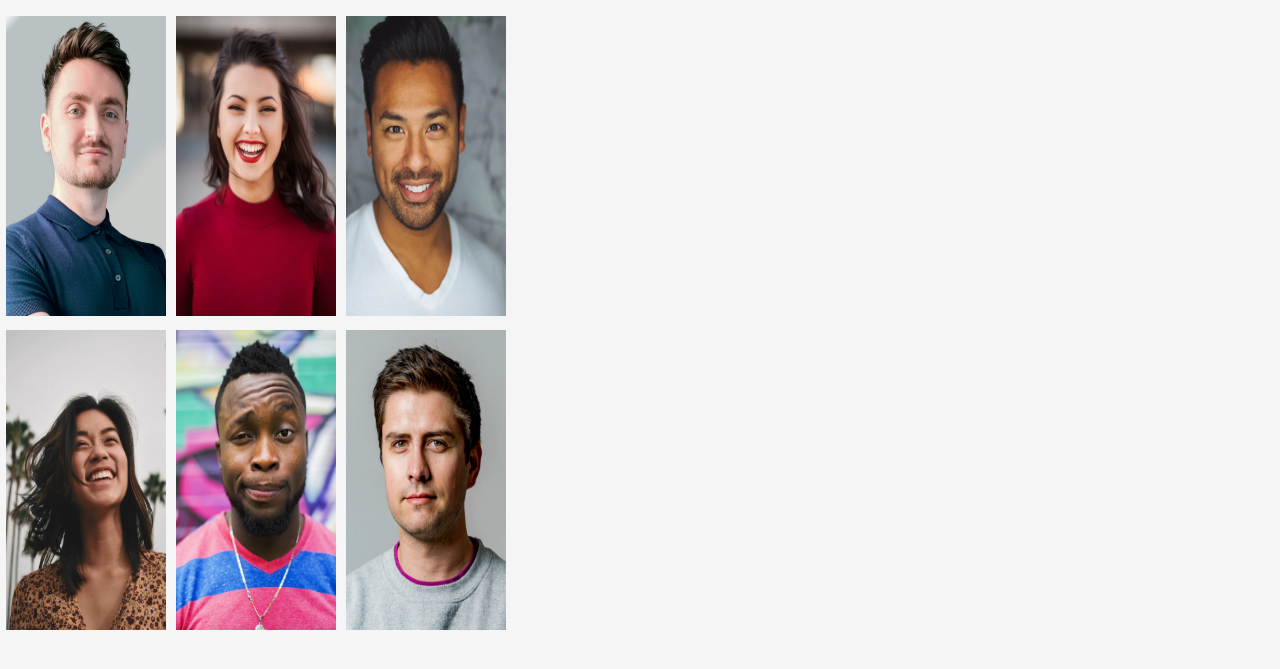
Repository: georgisenze/my-team-page-challeng
Page: index.html
The author's editor kept a copy of each file at every save. The page is drawn from the files as they stood at one save, then again after the next save.
The browser window is 1280 px wide. The pictures show the whole page.

Above is the page before, as saved 2023-02-22 21:59:07.

After the next save:
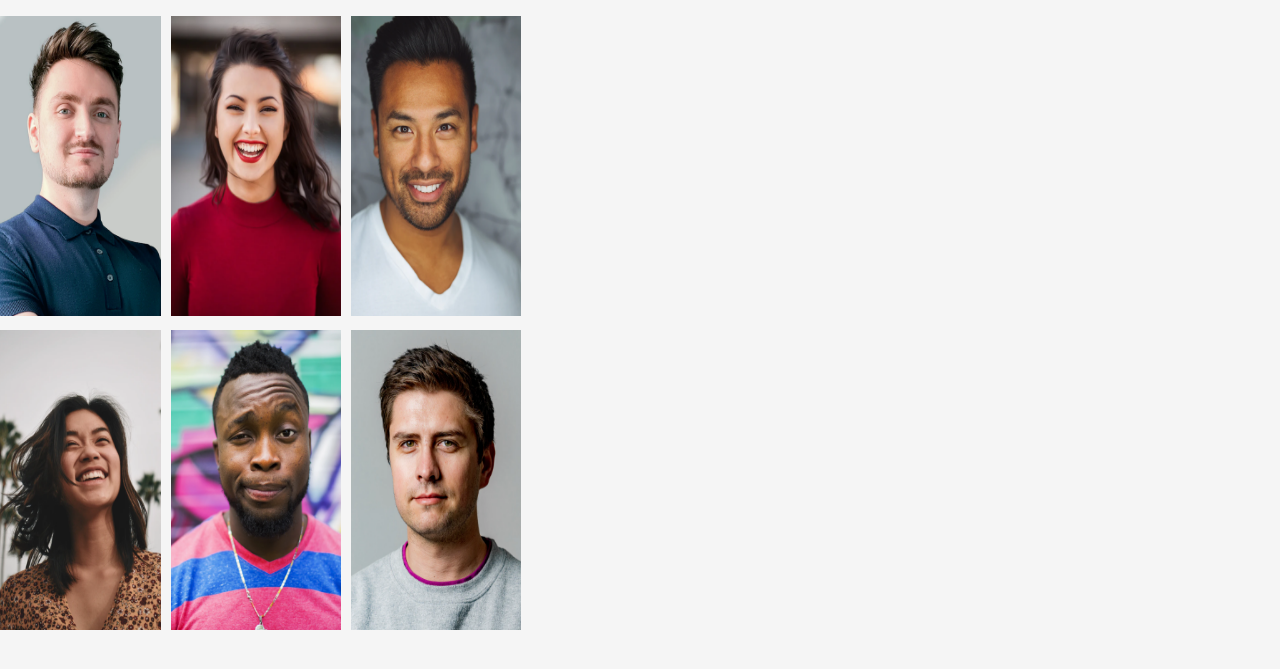
Saved 7 s later.
--- a/assets/css/style.css
+++ b/assets/css/style.css
@@ -19,7 +19,7 @@
   }
 
   img {
-    width: 160px;
+    width: 170px;
     height: 300px;
   }
 
